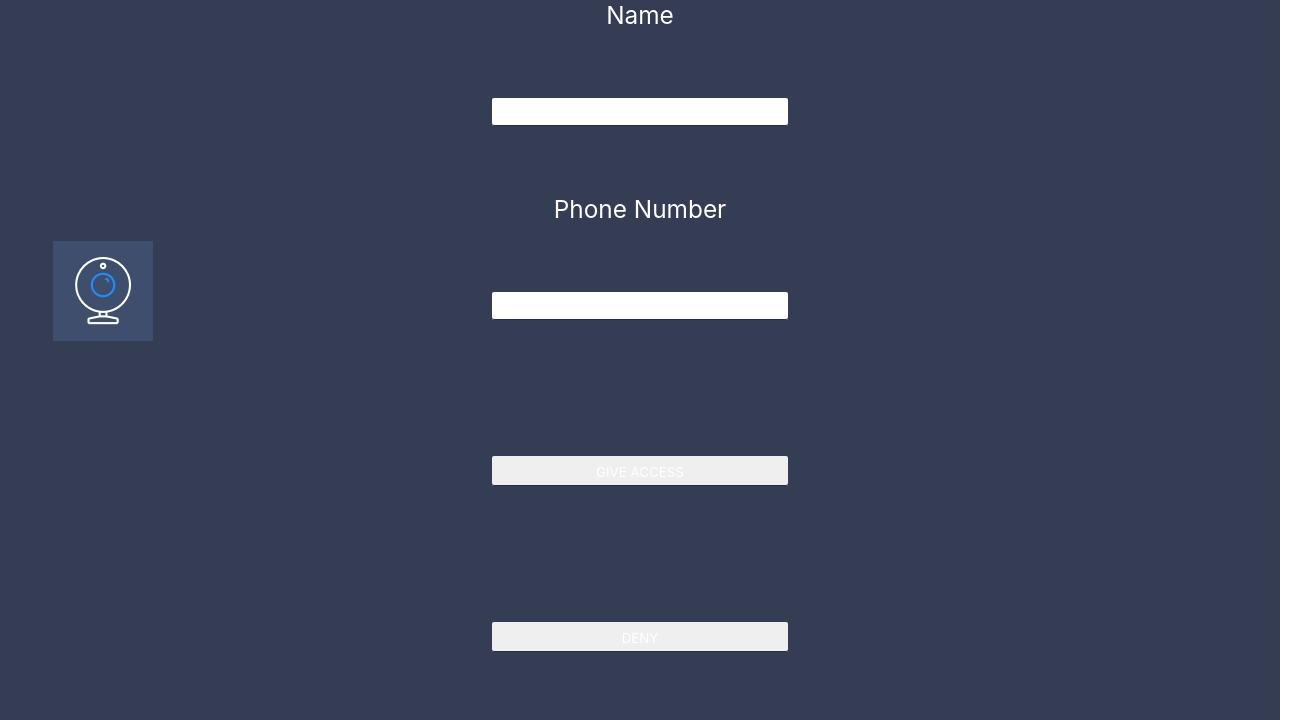
Repository: aba450/smart-door
Page: / (app in S3/smart-door-visitor/)
An editor plug-in stored every save of this project. The page is shown before and after the next save, followed by the edit.
The browser window is 1280 px wide. The page is 1280 px wide, then 1308 px, so the pictures cover 1308 px, including what lies to the right of the window. The pictures show the whole page.
The project was rebuilt for these pictures with package versions that can differ from the ones it lists, and the page was loaded fresh each time.

Above is the page before, as saved 2020-03-17 18:56:55.

### S3/smart-door-visitor/src/App.js
import React from 'react';
import './App.css';
import Camera_ON from './Camera_ON.jpg'

function App() {
  return (
    <div className="App">
      {/* <header className="App-header">
        <img src={logo} className="App-logo" alt="logo" />
        <p>
          Edit <code>src/App.js</code> and save to reload.
        </p>
        <a
          className="App-link"
          href="https://reactjs.org"
          target="_blank"
          rel="noopener noreferrer"
        >
          Learn React
        </a>
      </header> */}

      <img src={Camera_ON} className="Camera-logo"/>
       <label className="name-label">Name</label>
        <input type="text" className="name-input"></input>
        <label className="phone-label">Phone Number</label>
        <input type="text" className="phone-input"></input>
        <button className="access-button">GIVE ACCESS</button>
        <button className="deny-button">DENY</button>
    </div>
  );
}

export default App;

### S3/smart-door-visitor/src/App.css
.App {
  text-align: center;
  background-color: #343d54;
  min-height: 100vh;
  display: flex;
  flex-direction: column;
  font-size: calc(10px + 2vmin);
  color: white;
}

.Camera-logo {
  position: absolute;
  height: 100px;
  width: 100px;
  left: 53px;
  top: 241px;
}

.otp-label {
  position: absolute;
  font-family:Helvetica;
  font-size:17px;
  color:#ffffff;
  letter-spacing:0;
  text-align:left;
  left:1012px;
  top:344px;
}

.otp-input {
  color:#1f8efa;
  background-color: #272d3f;
  letter-spacing:0;
  text-align:left;
  position: absolute;
  left:1012px;
  top:363px;
}

.unlock-button {
  position: absolute;
  background-color: #438bff;
  left:1012px;
  top:475px;
}

input {
    -webkit-appearance: none;
    appearance: none;
    margin: auto;
    max-width: 280px;
    border-radius: 2px;
    border: 0;
    overflow: hidden;
    width: 100%;
    font-family:-apple-system, BlinkMacSystemFont, 'Segoe UI', Roboto, Oxygen, Ubuntu, Cantarell, 'Open Sans', 'Helvetica Neue', sans-serif;
    padding: 8px 8px 8px 8px;
    height: 12px;
    font-size: 16px;
    font-weight: 400;
    box-shadow: inset 0 -1px 0  #272d3f;
    transition: all .15s ease;
}

button {
  height: 30px;
  max-width: 296px;
  margin: auto;
  width: 100%;
  color: white;
  font-family:-apple-system, BlinkMacSystemFont, 'Segoe UI', Roboto, Oxygen, Ubuntu, Cantarell, 'Open Sans', 'Helvetica Neue', sans-serif;
  border-radius: 2px;
  border: 0;
  padding: 8px 8px 8px 8px;
  box-shadow: inset 0 -1px 0  #272d3f;
    transition: all .15s ease;
}

Loaded but not shown: S3/smart-door-visitor/public/index.html (common file); S3/smart-door-visitor/src/index.js (common file); S3/smart-door-visitor/src/index.css (common file); S3/smart-door-visitor/src/serviceWorker.js (common file)

After the next save:
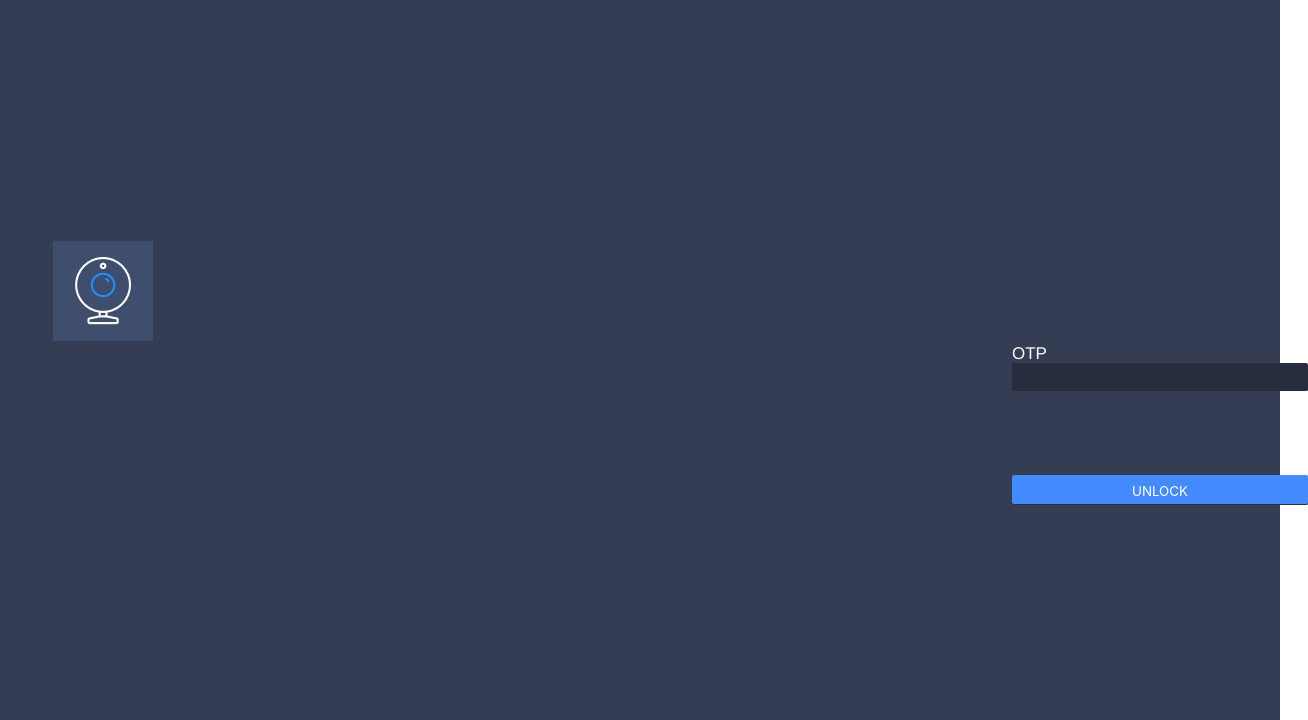
Saved 5 s later.
--- a/S3/smart-door-visitor/src/App.js
+++ b/S3/smart-door-visitor/src/App.js
@@ -21,12 +21,9 @@ function App() {
       </header> */}
 
       <img src={Camera_ON} className="Camera-logo"/>
-       <label className="name-label">Name</label>
-        <input type="text" className="name-input"></input>
-        <label className="phone-label">Phone Number</label>
-        <input type="text" className="phone-input"></input>
-        <button className="access-button">GIVE ACCESS</button>
-        <button className="deny-button">DENY</button>
+       <label className="otp-label">OTP</label>
+        <input type="text" className="otp-input"></input>
+        <button className="unlock-button">UNLOCK</button>
     </div>
   );
 }
